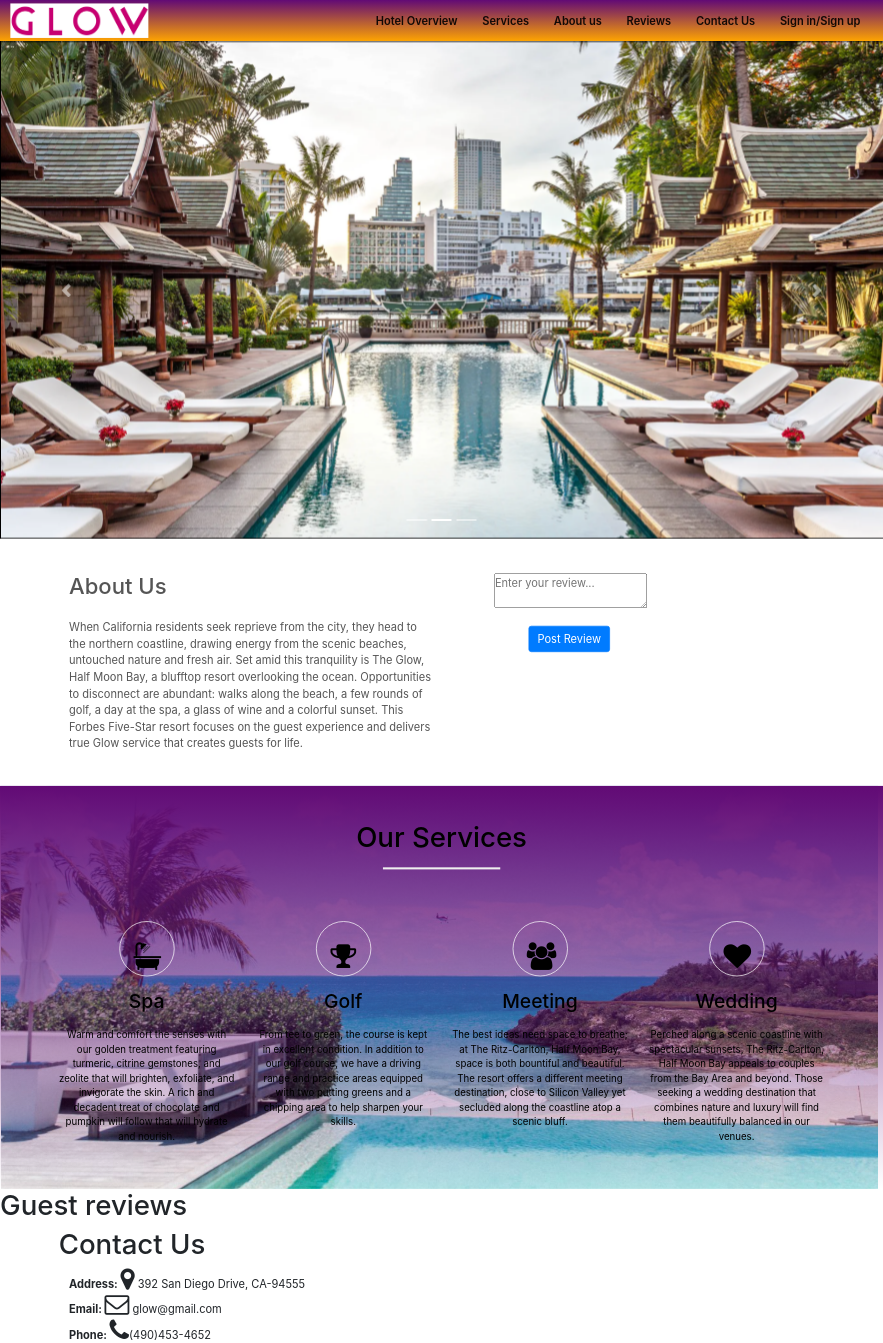
Repository: M-p1998/solo-dojo-project
Page: http://localhost/hotel/WEB-INF/hotel/home.jsp
An editor plug-in stored every save of this project. The page is shown before and after the next save, followed by the edit.
The browser window is 1280 px wide. The pictures show the whole page, at 69% of full size.
The pointer rests on the first visible `.services .col-md-3`.
Backgrounds fixed to the window are drawn as part of the page. Some web libraries are served in a nearby version. The page is served by Tomcat 9. Nobody is signed in. The template is opened directly, without the code that normally fills it, so the values that code supplies are empty.

Above is the page before, as saved 2022-02-13 18:24:54.

After the next save:
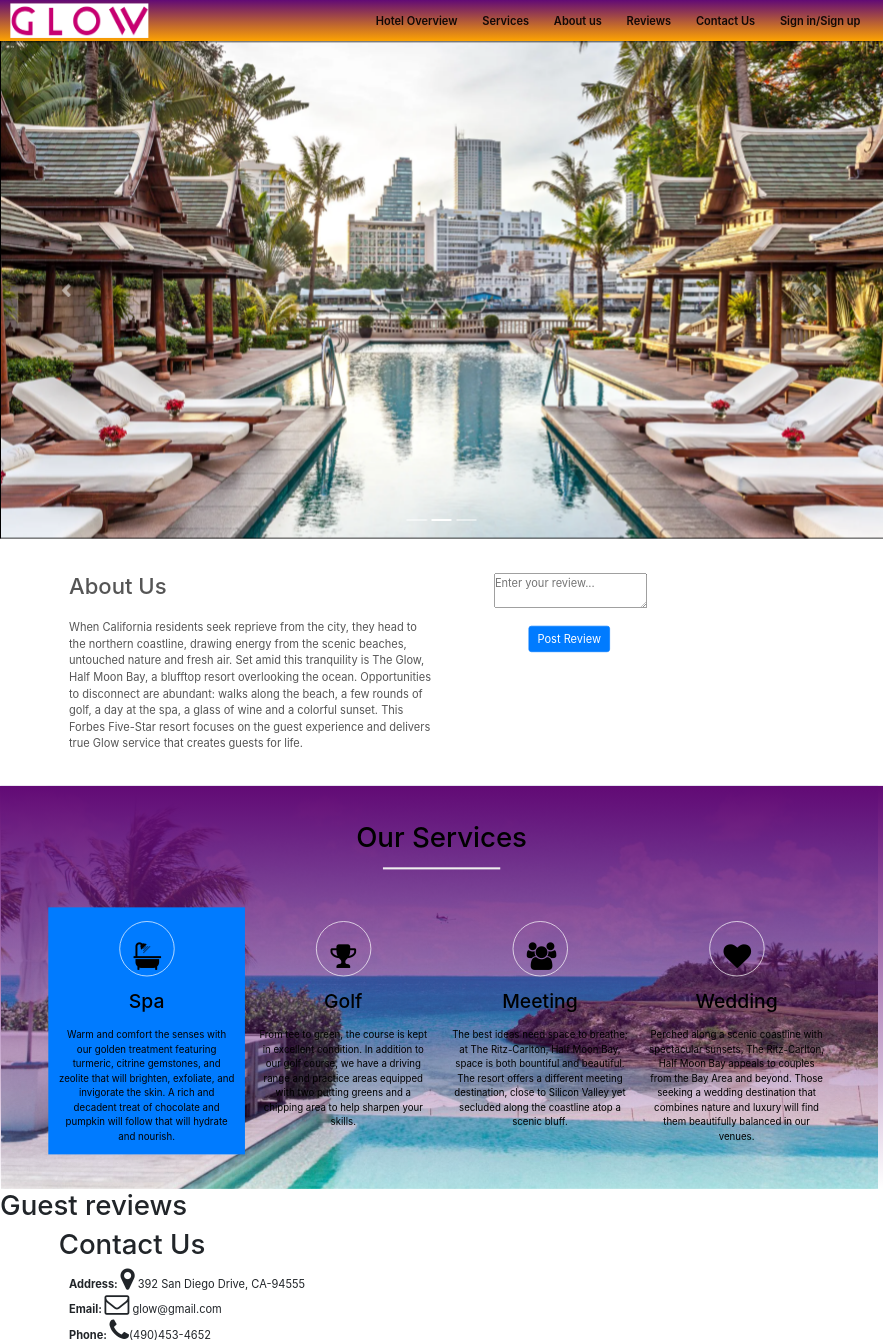
Saved 77 s later.
--- a/hotel/src/main/webapp/css/home.css
+++ b/hotel/src/main/webapp/css/home.css
@@ -111,6 +111,11 @@ body{
 	color: black solid;
 
 }
+.services .col-md-3:hover{
+	background: #007bff;
+	cursor: pointer;
+	transition: 0.7s;
+}
 
 /* .skills-bar p{
 	margin-bottom: 6px;
